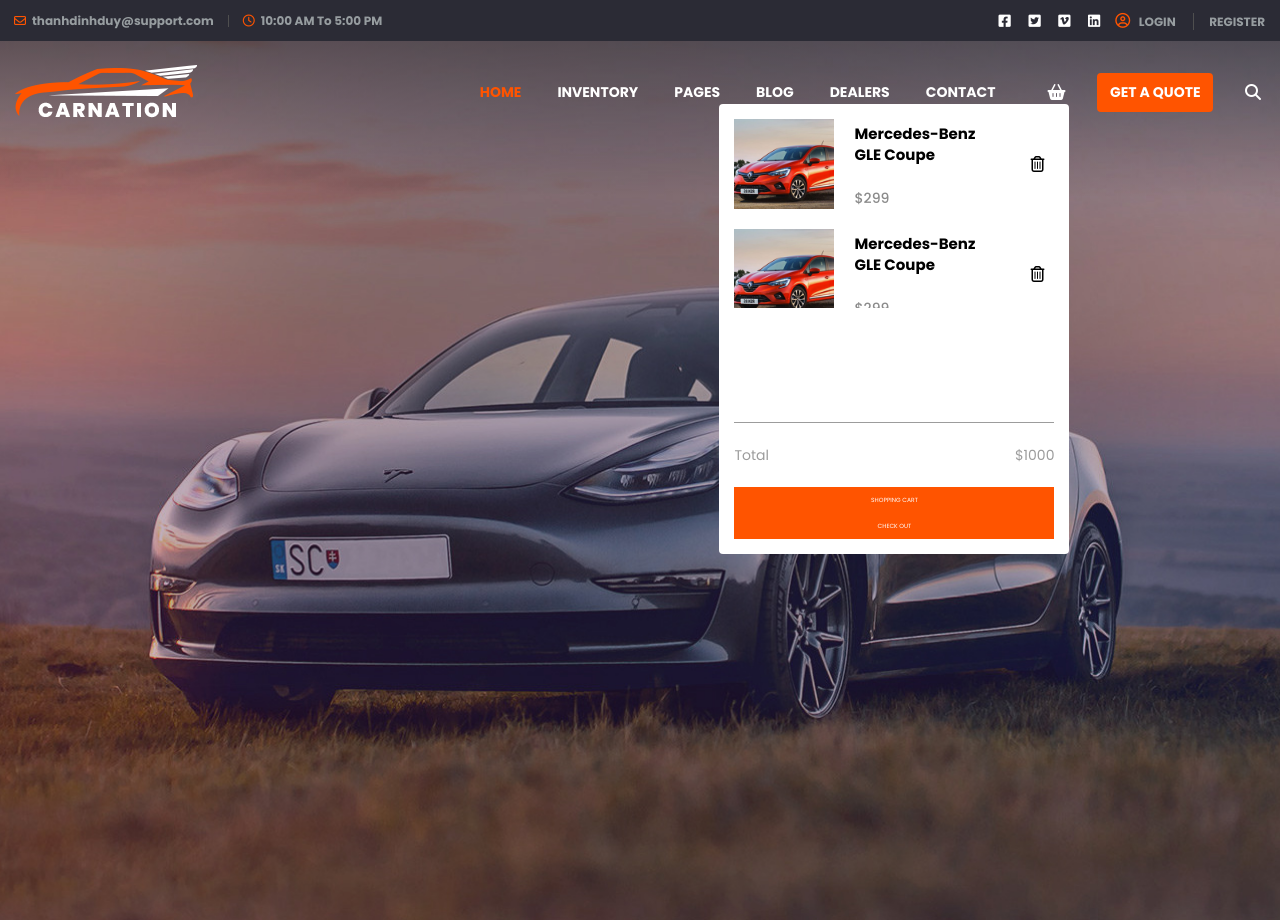
Repository: thanhdinh01/shopcar
Page: index.html
An editor plug-in stored every save of this project. The page is shown before and after the next save, followed by the edit.
The browser window is 1280 px wide. The pictures show the whole page.
Some web libraries are served in a nearby version. The style sheet was rebuilt from its Sass, Less or Tailwind sources for each picture, by a compiler version that may differ from the author's.

Above is the page before, as saved 2022-08-10 21:13:10.

After the next save:
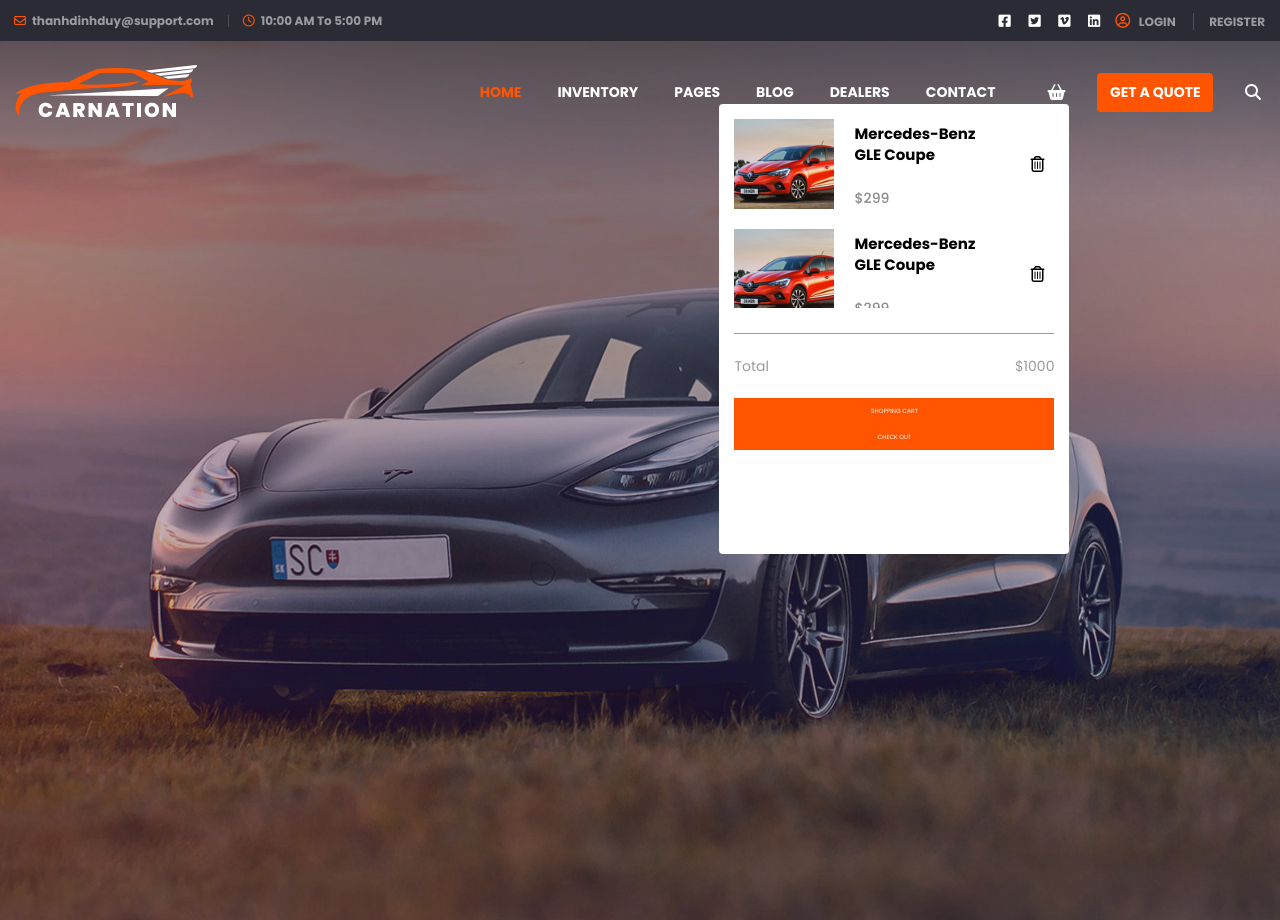
Saved 2 min 9 s later.
--- a/css/_header.scss
+++ b/css/_header.scss
@@ -217,7 +217,7 @@
           }
           .cart-bottom {
             margin-top: 25px;
-            // flex: 1;
+            flex: 1;
             border-top: 1px solid $textColor;
             &-price {
               font-size: 1.4rem;

After the save that followed:
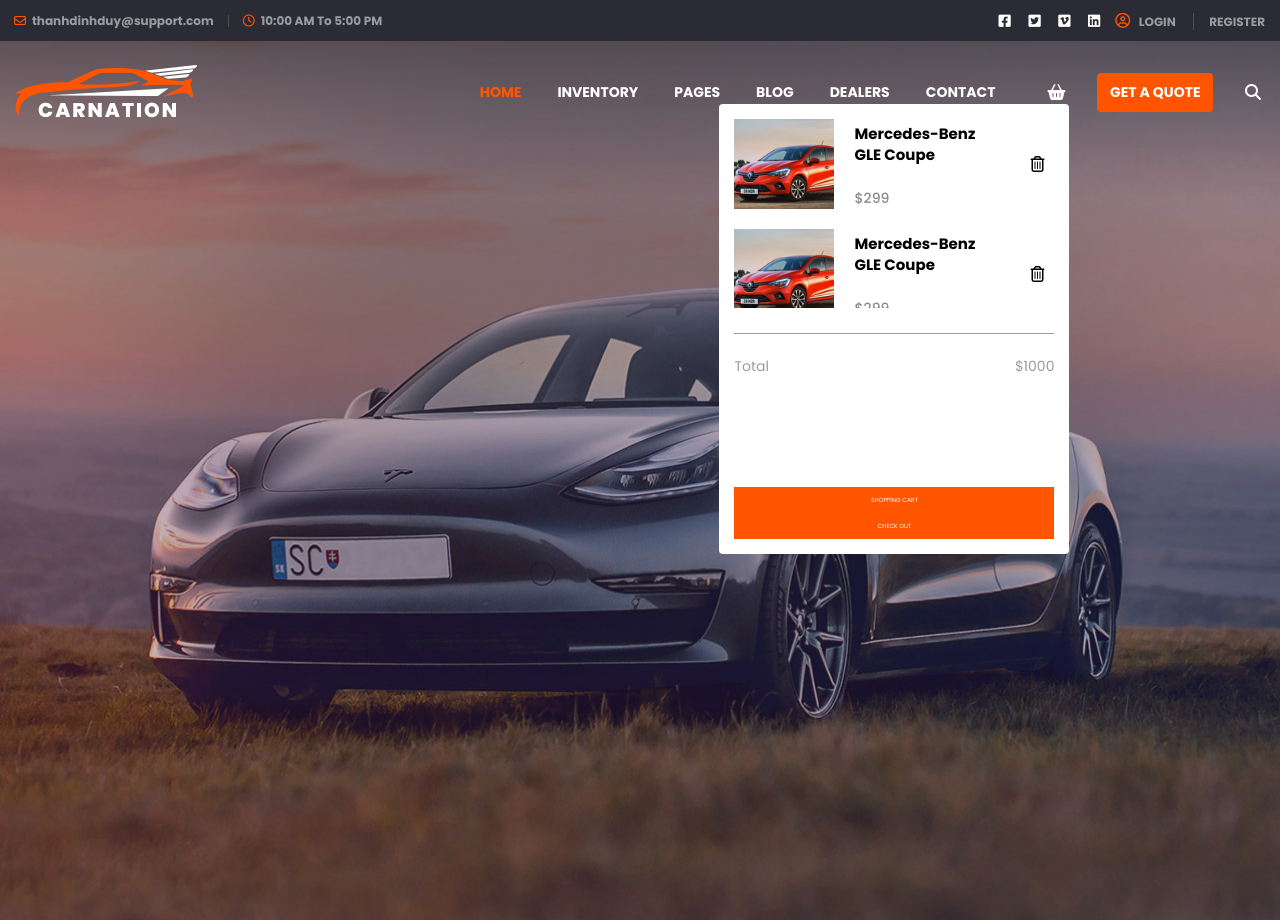
Saved 19 s later.
--- a/css/_header.scss
+++ b/css/_header.scss
@@ -219,6 +219,8 @@
             margin-top: 25px;
             flex: 1;
             border-top: 1px solid $textColor;
+            display: flex;
+            flex-direction: column;
             &-price {
               font-size: 1.4rem;
               color: $textColor;
